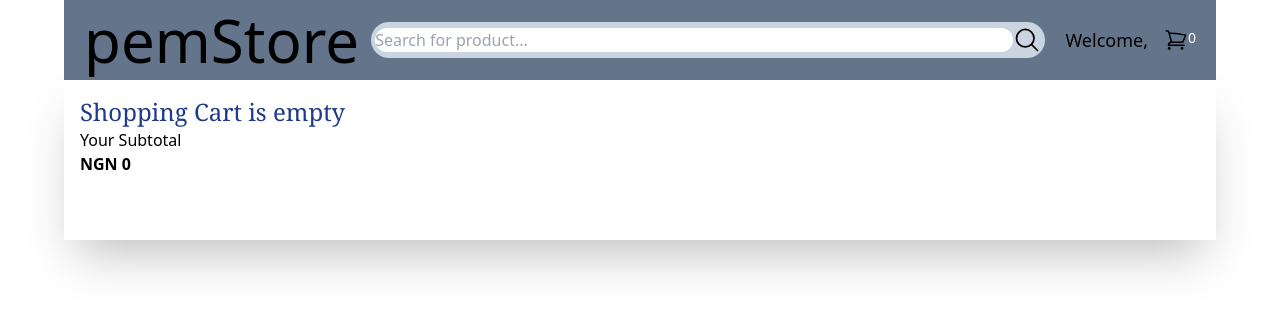
Repository: Semanmernstack/pemstore
Page: /checkout
The author's editor kept a copy of each file at every save. The page is drawn from the files as they stood at one save, then again after the next save.
The browser window is 1280 px wide. The pictures show the whole page.
The page's requests for data from a server got no answer. The project was rebuilt for these pictures with package versions that can differ from the ones it lists, and the page was loaded fresh each time. The framework's server and built-in components were replaced by stand-ins that run in the browser. No one was signed in, and anything a server would have sent is missing. Also part of the build but not shown: next.config.js, components/CheckoutProduct.js.

Above is the page before, as saved 2022-11-06 04:53:46.

After the next save:
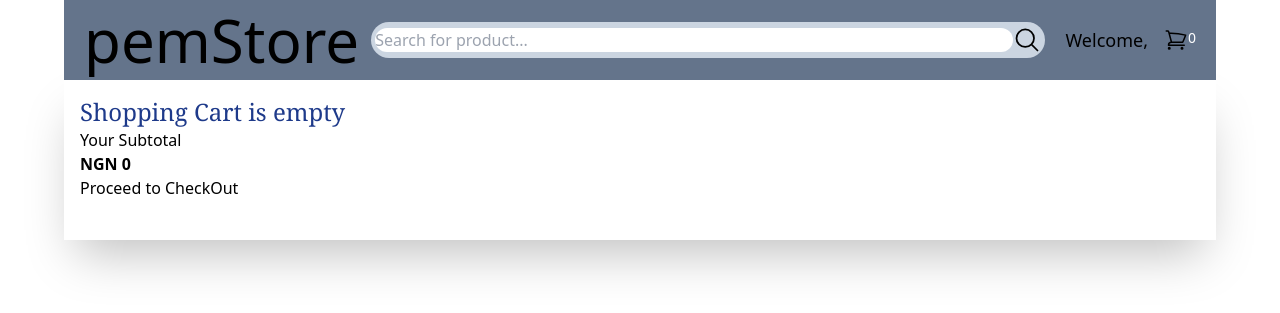
Saved 43 s later.
--- a/pages/checkout.js
+++ b/pages/checkout.js
@@ -20,6 +20,7 @@ function Checkout() {
             <h1>Your Subtotal</h1>
             <span className="font-extrabold">NGN 0</span>
         </div>
+        <button>Proceed to CheckOut</button>
         </div>
 
         {items.map((item, i) => (
